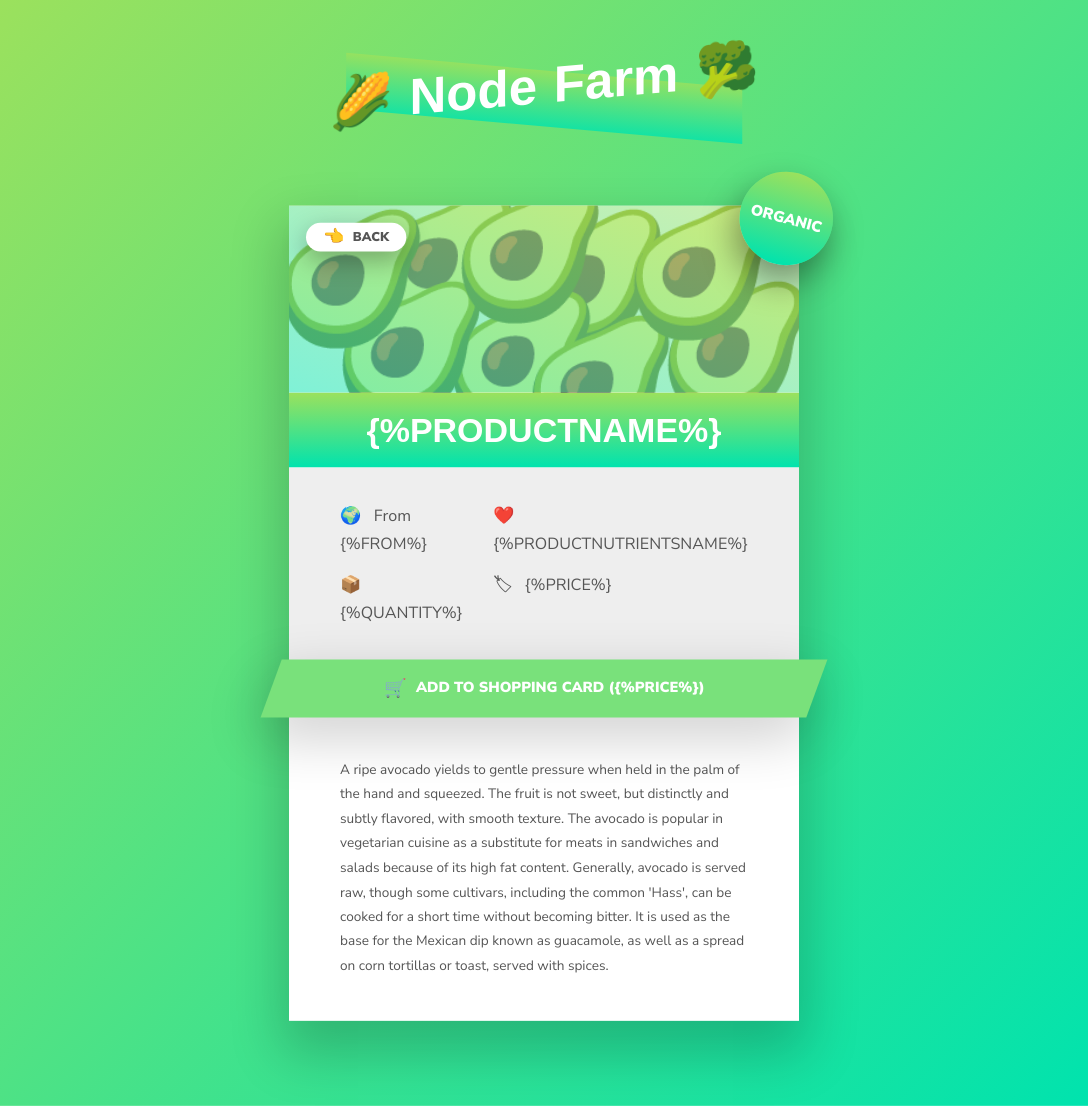
Repository: Tiantian-C/node2
Page: templates/product.html
The author's editor kept a copy of each file at every save. The page is drawn from the files as they stood at one save, then again after the next save.
The browser window is 1280 px wide. The pictures show the whole page, at 85% of full size.
Some web fonts or font styles are not loaded; a fallback is used.

Above is the page before, as saved 2023-07-15 15:29:07.

### templates/product.html
<!DOCTYPE html>
<html lang="en">
  <head>
    <meta charset="UTF-8" />
    <meta name="viewport" content="width=device-width, initial-scale=1.0" />
    <meta http-equiv="X-UA-Compatible" content="ie=edge" />
    <link
      href="https://fonts.googleapis.com/css?family=Megrim|Nunito+Sans:400,900"
      rel="stylesheet"
    />
    <link
      rel="icon"
      href="https://emojipedia-us.s3.dualstack.us-west-1.amazonaws.com/thumbs/240/apple/155/ear-of-maize_1f33d.png"
    />

    <title>Fresh Avocados 🥑 /// NODE FARM</title>

    <style>
      *,
      *::before,
      *::after {
        margin: 0;
        padding: 0;
        box-sizing: inherit;
      }

      html {
        font-size: 62.5%;
        box-sizing: border-box;
      }

      body {
        padding: 5rem 5rem 10rem;
        line-height: 1.7;
        font-family: "Nunito Sans", sans-serif;
        color: #555;
        min-height: 100vh;
        background: linear-gradient(to bottom right, #9be15d, #00e3ae);
      }

      h1 {
        font-family: "Megrim", sans-serif;
        font-size: 6rem;
        color: white;
        transform: skewY(-5deg);
        text-align: center;
        position: relative;
        word-spacing: 3px;
      }

      h1::before {
        content: "";
        display: block;
        height: 65%;
        width: 49%;
        position: absolute;
        top: 105%;
        left: 50%;
        background: linear-gradient(to bottom, #9be15d, #00e3ae);
        opacity: 0.8;
        z-index: -1;
        transform: skewY(370deg) translate(-50%, -50%);
      }

      .container {
        width: 95rem;
        margin: 0 auto;
      }

      .product {
        width: 60rem;
        margin: 0 auto;
        margin-top: 9rem;
        background: white;
        box-shadow: 0 3rem 6rem 1rem rgba(0, 0, 0, 0.2);
        position: relative;
      }

      .product__hero {
        position: relative;
        height: 22rem;
        overflow: hidden;
      }

      .product__hero::before {
        content: "";
        display: block;
        height: 100%;
        width: 100%;
        position: absolute;
        top: 0;
        left: 0;
        background-image: linear-gradient(to left bottom, #9be15d, #00e3ae);
        opacity: 0.5;
        z-index: 100;
      }

      .product__emoji {
        font-size: 15rem;
        position: absolute;
      }

      .product__emoji--1 {
        top: -4rem;
        left: -2rem;
        z-index: 10;
      }

      .product__emoji--2 {
        top: -6rem;
        left: 9rem;
      }

      .product__emoji--3 {
        top: -4rem;
        right: 15rem;
      }

      .product__emoji--4 {
        top: -5rem;
        right: 2rem;
        z-index: 10;
      }

      .product__emoji--5 {
        bottom: -9rem;
        left: 18rem;
      }

      .product__emoji--6 {
        bottom: -8rem;
        left: 5rem;
      }

      .product__emoji--7 {
        bottom: -12rem;
        right: 14rem;
      }

      .product__emoji--8 {
        bottom: -8rem;
        right: -2rem;
      }

      .product__emoji--9 {
        top: -7rem;
        left: 19rem;
      }

      .product__organic {
        position: absolute;
        top: -4rem;
        right: -4rem;
        z-index: 1000;
        height: 11rem;
        width: 11rem;
        background-image: linear-gradient(to bottom, #9be15d, #00e3ae);
        border-radius: 50%;
        transform: rotate(15deg);
        box-shadow: 0 2rem 4rem rgba(0, 0, 0, 0.4);
        display: flex;
        align-items: center;
        justify-content: center;
      }

      .product__organic h5 {
        font-weight: 900;
        text-transform: uppercase;
        font-size: 1.8rem;
        color: white;
      }

      .product__back:link,
      .product__back:visited {
        position: absolute;
        top: 2rem;
        left: 2rem;
        font-size: 1.5rem;
        font-weight: 700;
        text-transform: uppercase;
        text-decoration: none;
        z-index: 1000;
        color: #555;
        background-color: white;
        box-shadow: 0 1rem 3rem rgba(0, 0, 0, 0.3);
        border-radius: 100rem;
        padding: 0 2rem;
        transition: all 0.3s;
        display: flex;
        align-items: center;
      }

      .product__back:hover,
      .product__back:active {
        background-color: #79e17b;
      }

      .product__name {
        background: linear-gradient(to bottom, #9be15d, #00e3ae);
        padding: 1rem;
        font-family: "Megrim", sans-serif;
        font-size: 4rem;
        color: white;
        text-align: center;
        word-spacing: 2px;
      }

      .product__details {
        background-color: #eee;
        padding: 4rem 6rem;
        font-size: 1.9rem;
        display: grid;
        grid-template-columns: 1fr 1fr;
        grid-gap: 1.5rem;
      }

      .product__description {
        padding: 5rem 6rem;
        font-size: 1.6rem;
        line-height: 1.8;
      }

      .product__link:link,
      .product__link:visited {
        display: block;
        background-color: #79e17b;
        color: white;
        font-size: 1.6rem;
        font-weight: 700;
        text-transform: uppercase;
        text-decoration: none;
        padding: 1.5rem;
        text-align: center;
        transform: scale(1.07) skewX(-20deg);
        box-shadow: 0 2rem 6rem rgba(0, 0, 0, 0.2);
        display: flex;
        align-items: center;
        justify-content: center;
        transition: all 0.3s;
      }

      .product__link:hover,
      .product__link:active {
        background-color: #9be15d;
        transform: scale(1.1) skewX(-20deg);
      }

      .product__link span {
        transform: skewX(20deg);
      }

      .emoji-left {
        font-size: 2rem;
        margin-right: 1rem;
      }

      .emoji-right {
        font-size: 2rem;
        margin-left: 1rem;
      }

      .not-organic {
        display: none;
      }
    </style>
  </head>

  <body>
    <div class="container">
      <h1>🌽 Node Farm 🥦</h1>

      <figure class="product">
        <div class="product__organic"><h5>Organic</h5></div>
        <a href="#" class="product__back">
          <span class="emoji-left">👈</span>Back
        </a>
        <div class="product__hero">
          <span class="product__emoji product__emoji--1">🥑</span>
          <span class="product__emoji product__emoji--2">🥑</span>
          <span class="product__emoji product__emoji--3">🥑</span>
          <span class="product__emoji product__emoji--4">🥑</span>
          <span class="product__emoji product__emoji--5">🥑</span>
          <span class="product__emoji product__emoji--6">🥑</span>
          <span class="product__emoji product__emoji--7">🥑</span>
          <span class="product__emoji product__emoji--8">🥑</span>
          <span class="product__emoji product__emoji--9">🥑</span>
        </div>
        <h2 class="product__name">{%PRODUCTNAME%}</h2>
        <div class="product__details">
          <p><span class="emoji-left">🌍</span> From {%FROM%}</p>
          <p><span class="emoji-left">❤️</span> {%PRODUCTNUTRIENTSNAME%}</p>
          <p><span class="emoji-left">📦</span> {%QUANTITY%}</p>
          <p><span class="emoji-left">🏷</span> {%PRICE%}</p>
        </div>

        <a href="#" class="product__link">
          <span class="emoji-left">🛒</span>
        <span>Add to shopping card ({%PRICE%})</span>
        </a>

        <p class="product__description">
          A ripe avocado yields to gentle pressure when held in the palm of the
          hand and squeezed. The fruit is not sweet, but distinctly and subtly
          flavored, with smooth texture. The avocado is popular in vegetarian
          cuisine as a substitute for meats in sandwiches and salads because of
          its high fat content. Generally, avocado is served raw, though some
          cultivars, including the common 'Hass', can be cooked for a short time
          without becoming bitter. It is used as the base for the Mexican dip
          known as guacamole, as well as a spread on corn tortillas or toast,
          served with spices.
        </p>
      </figure>
    </div>
  </body>
</html>

After the next save:
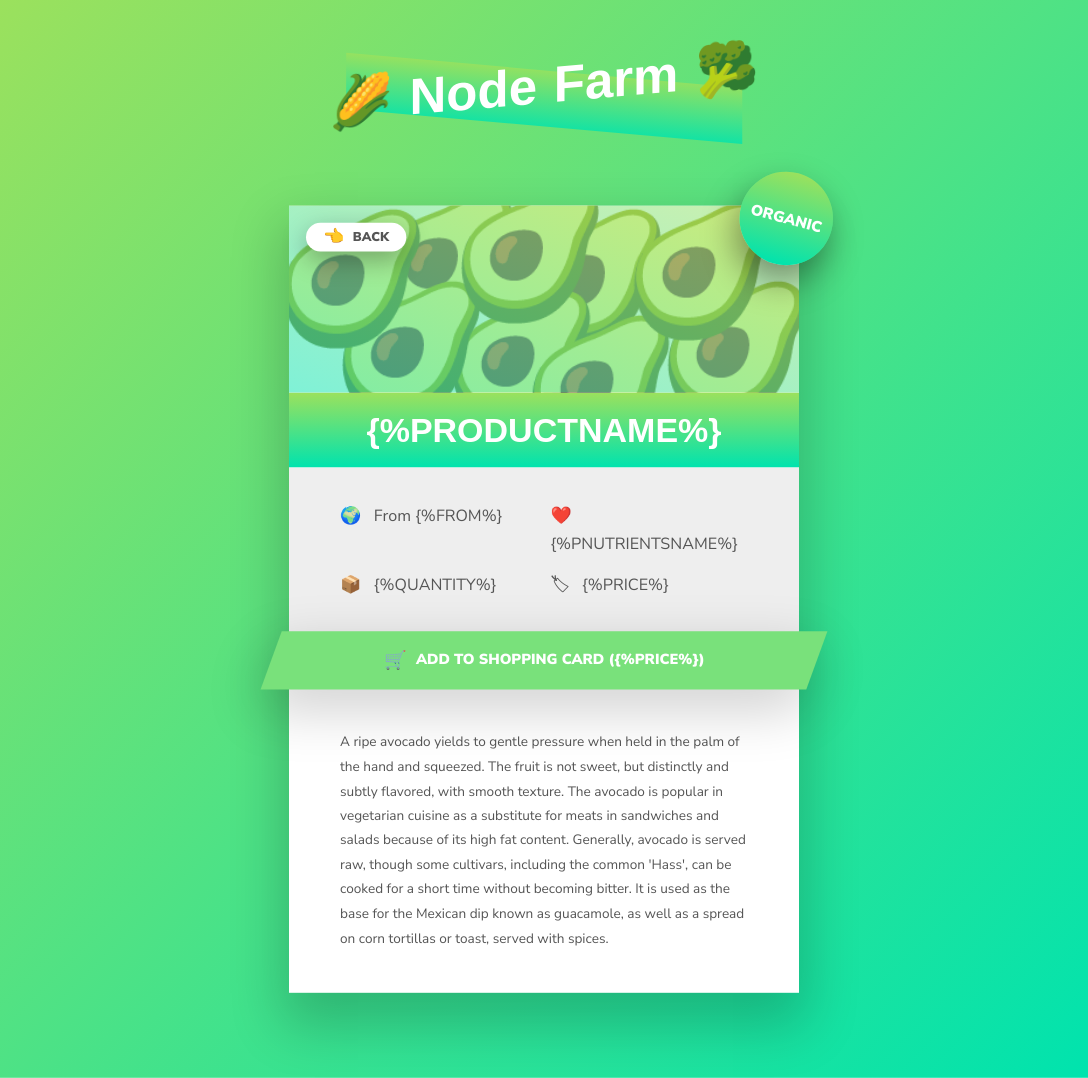
Saved 6 s later.
--- a/templates/product.html
+++ b/templates/product.html
@@ -288,7 +288,7 @@
         <h2 class="product__name">{%PRODUCTNAME%}</h2>
         <div class="product__details">
           <p><span class="emoji-left">🌍</span> From {%FROM%}</p>
-          <p><span class="emoji-left">❤️</span> {%PRODUCTNUTRIENTSNAME%}</p>
+          <p><span class="emoji-left">❤️</span> {%PNUTRIENTSNAME%}</p>
           <p><span class="emoji-left">📦</span> {%QUANTITY%}</p>
           <p><span class="emoji-left">🏷</span> {%PRICE%}</p>
         </div>
